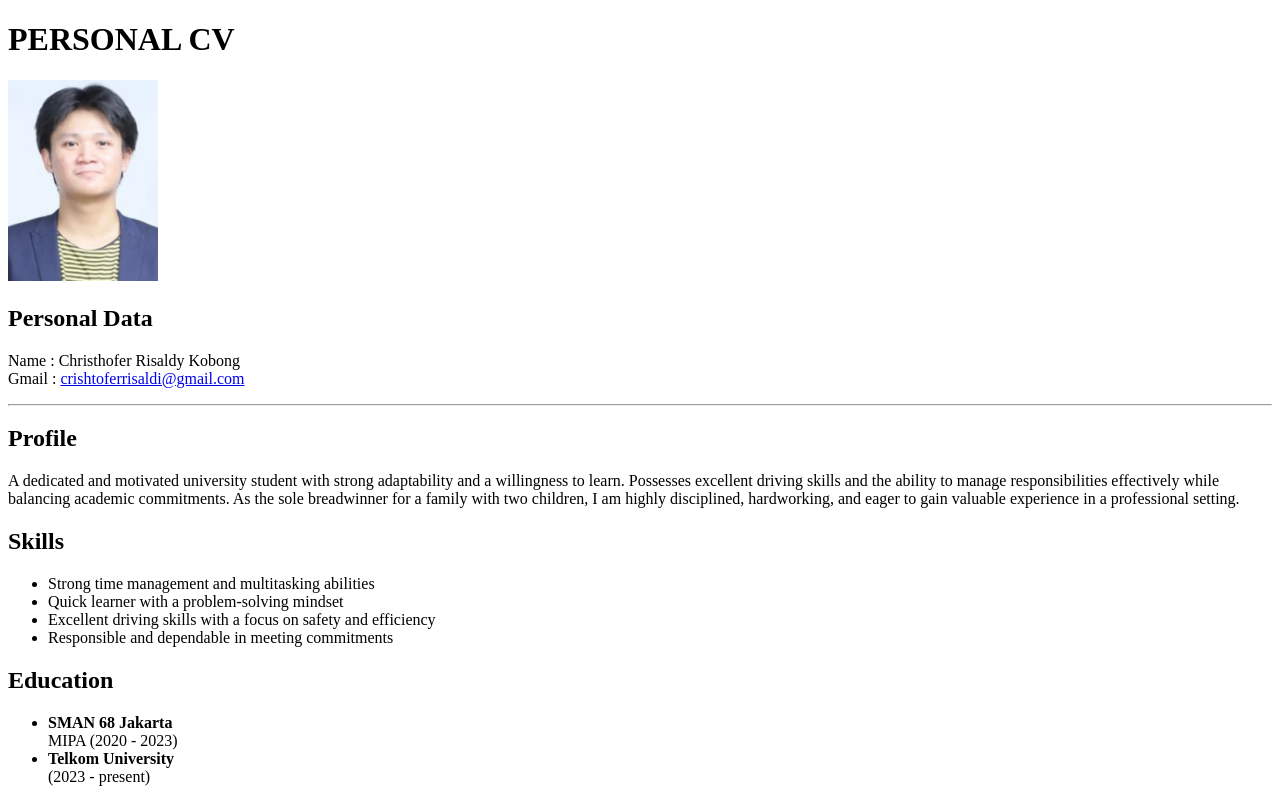
Repository: ChristhoferRisaldy/CVWeb
Page: index.html
An editor plug-in stored every save of this project. The page is shown before and after the next save, followed by the edit.
The browser window is 1280 px wide. The pictures show the whole page.

Above is the page before, as saved 2025-02-25 08:30:48.

After the next save:
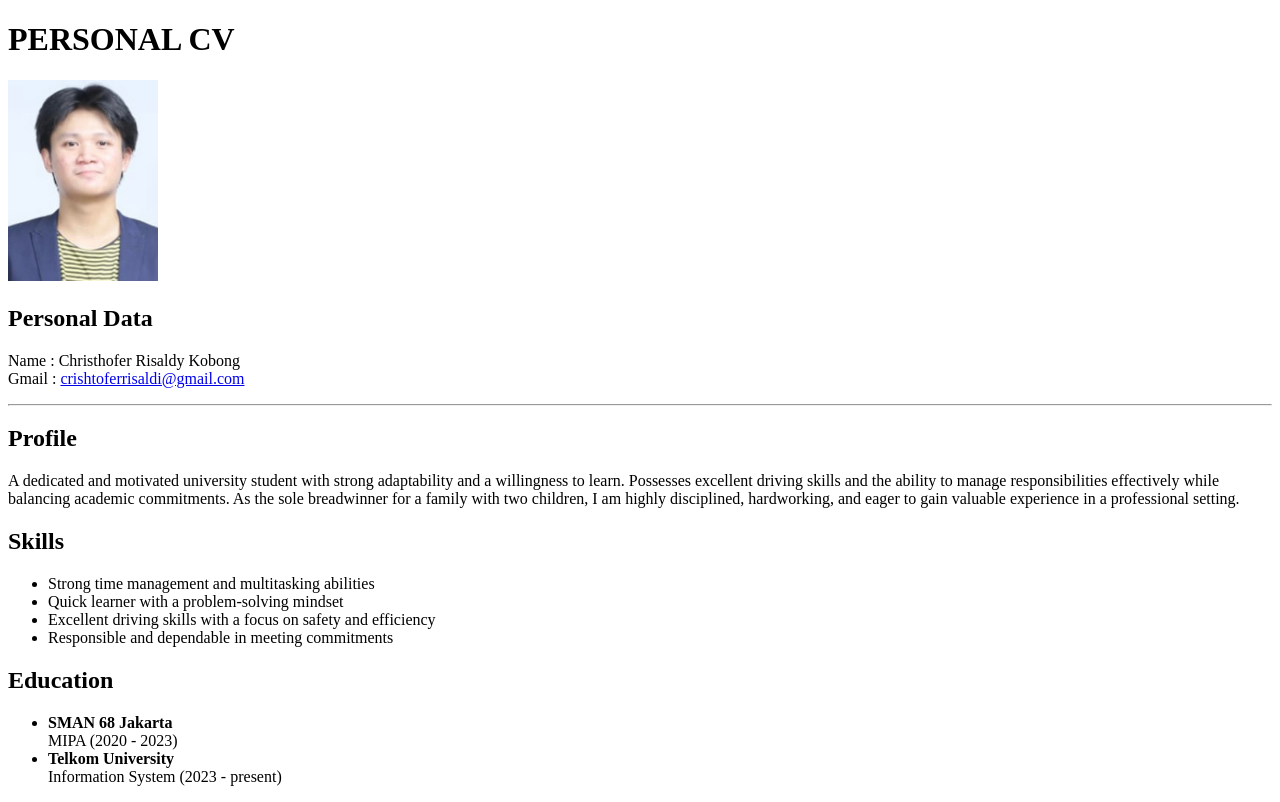
Saved 119 min 44 s later.
--- a/index.html
+++ b/index.html
@@ -33,7 +33,7 @@
         <h2>Education</h2>
         <ul>
             <li><b>SMAN 68 Jakarta</b><br>MIPA (2020 - 2023) </li>
-            <li><b>Telkom University</b><br>(2023 - present)</li>
+            <li><b>Telkom University</b><br>Information System (2023 - present)</li>
         </ul>
 
 </html>
